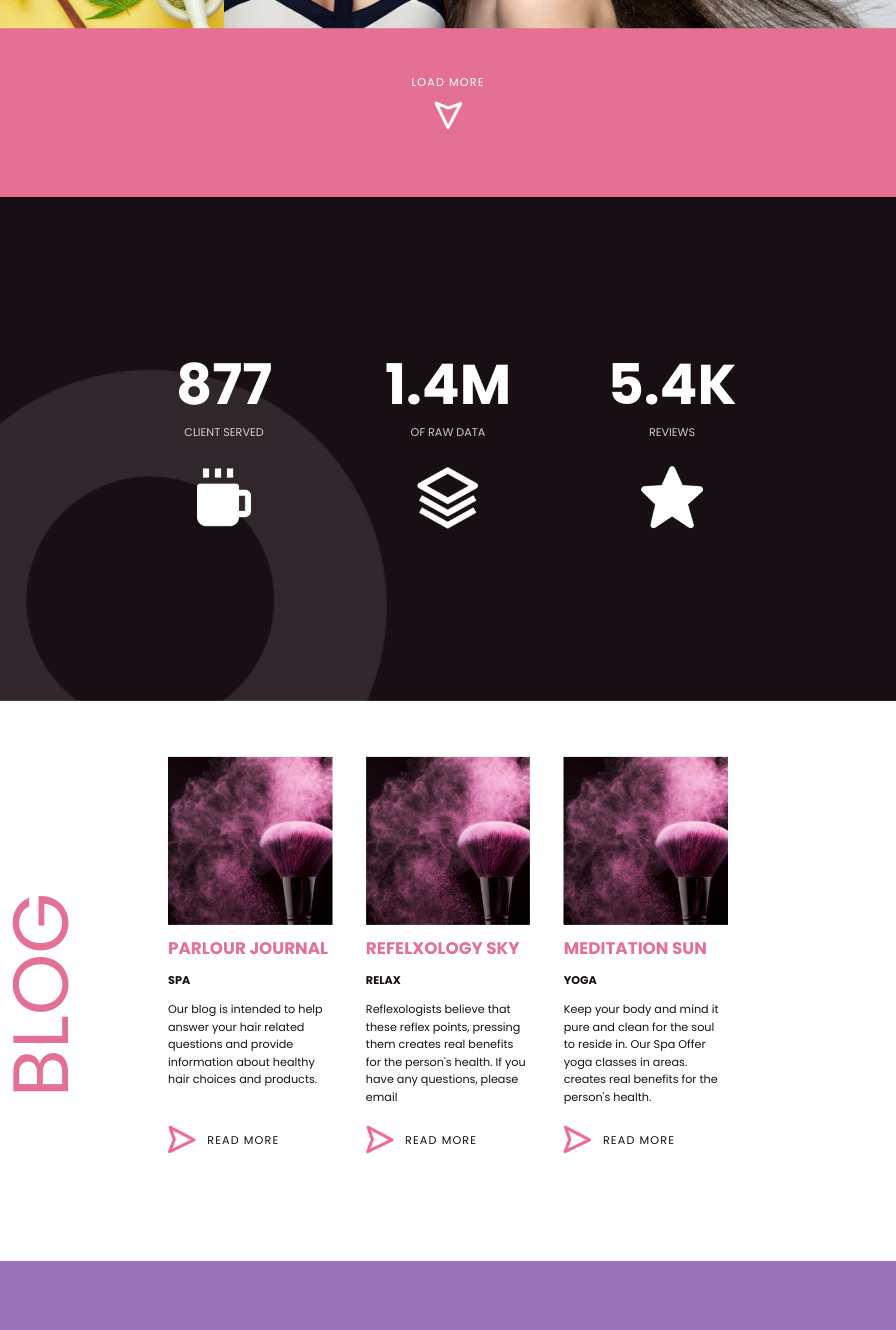
Repository: OmniaRafat232111121/animateSalon
Page: /
These files come from the project's save history. The page is drawn as it stood at one moment and after a run of saves; the edit follows.
The browser window is 1280 px wide. The pictures show the part of the page from y = 2776 to 4676 px (the page is 5422 px tall), at 70% of full size.
Pictures or frames that could not be fetched are drawn as grey boxes. The project was rebuilt for these pictures with package versions that can differ from the ones it lists, and the page was loaded fresh each time.

Above is the page before, as saved 2022-07-26 18:00:09.

After the next 12 saves:
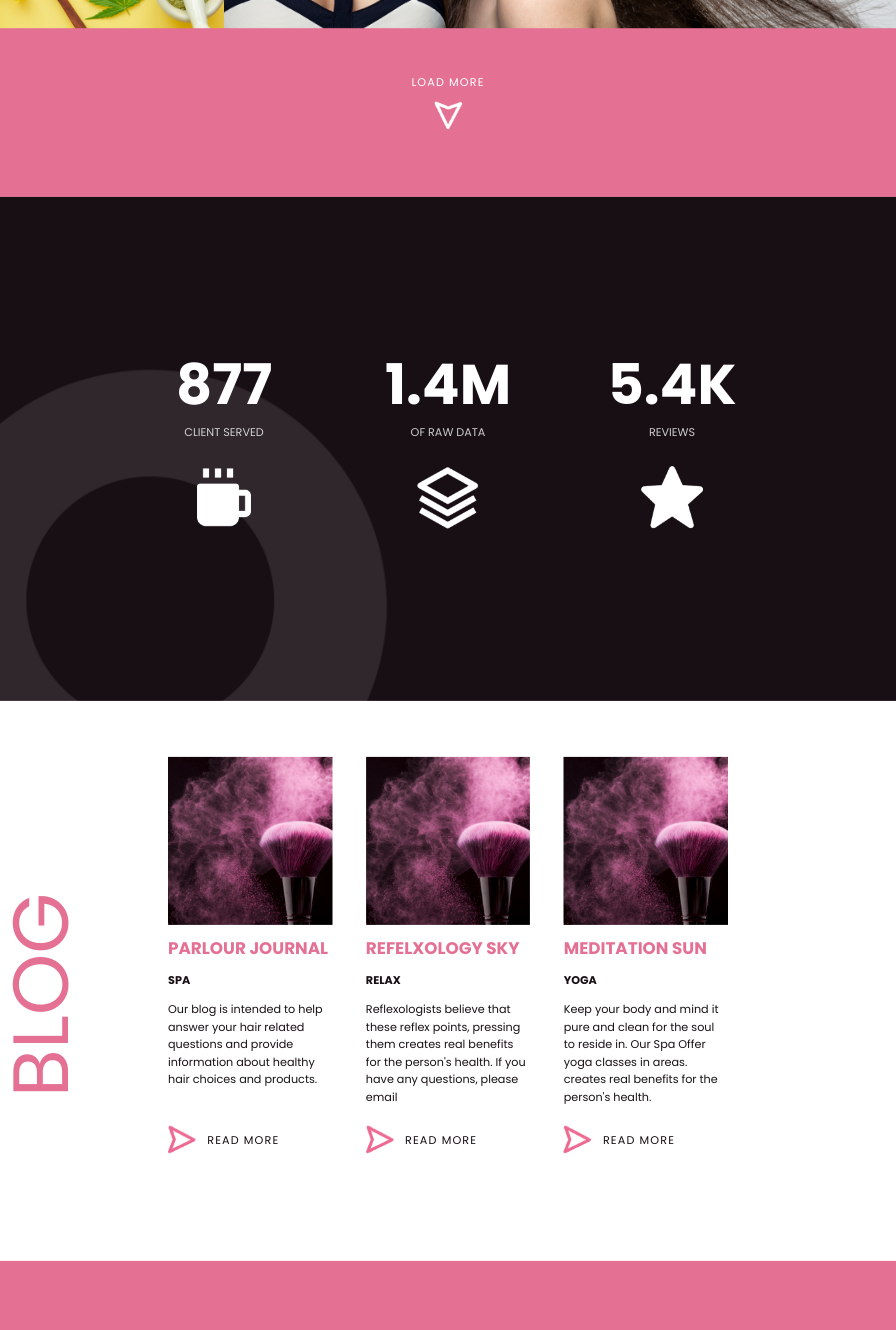
The 12 saves are shown as one change because they came seconds apart.
The last was saved 38 s later.
--- a/src/components/Viedo.jsx
+++ b/src/components/Viedo.jsx
@@ -30,7 +30,7 @@ function Video() {
 }
 
 const Section = styled.section`
-background-color: #662d91aa;
+background-color: var(--secondary-color);
 height: 100vh;
 display: flex;
 justify-content: center;
